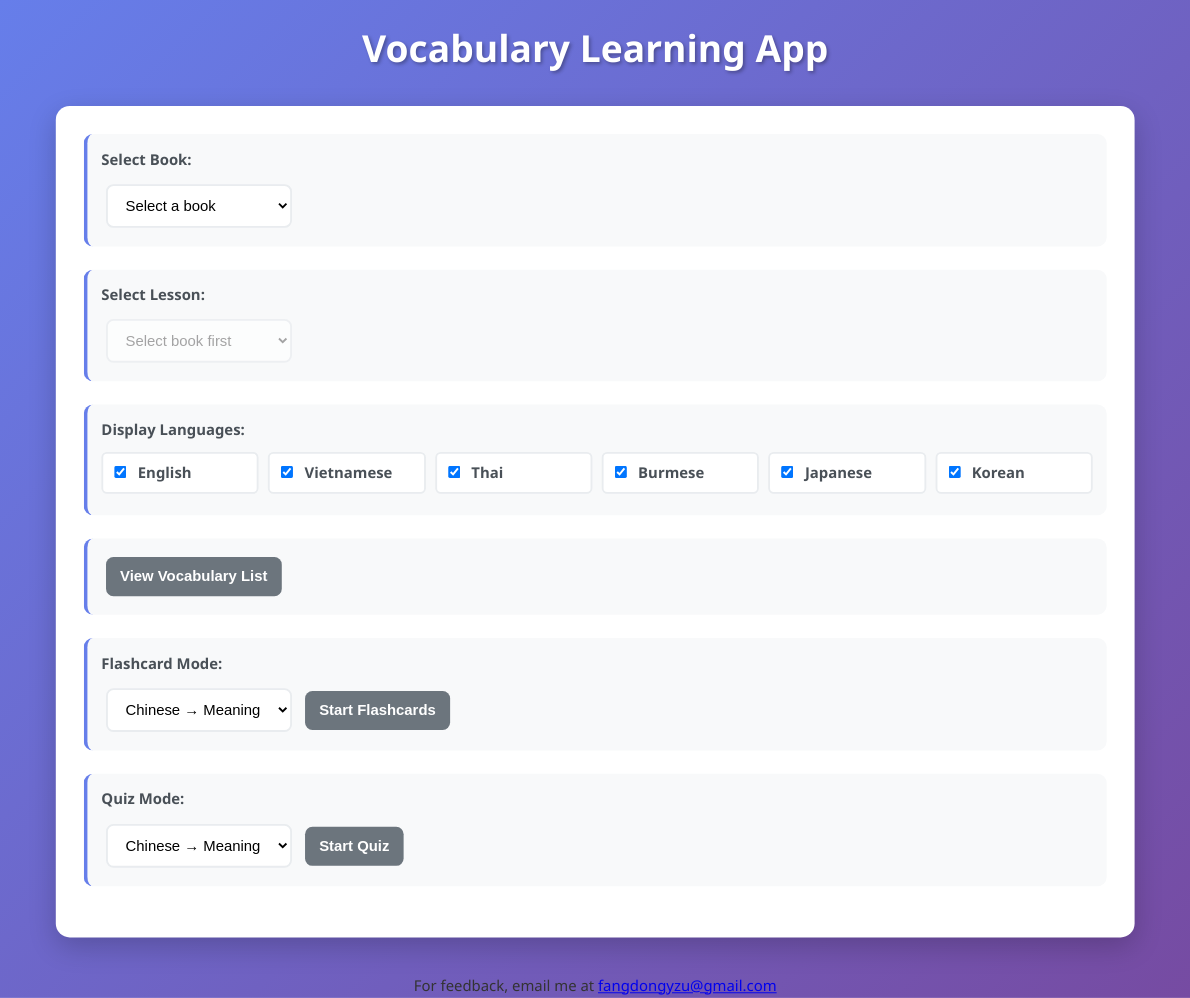
Repository: fangdongyzu/dangdaiflashcards
Page: index.html
An editor plug-in stored every save of this project. The page is shown before and after a run of saves, followed by the edit.
The browser window is 1280 px wide. The pictures show the whole page, at 93% of full size.

Above is the page before, as saved 2025-11-28 09:55:06.

### index.html
<!DOCTYPE html>
<html lang="en">
<head>
    <meta charset="UTF-8">
    <meta name="viewport" content="width=device-width, initial-scale=1.0">
    <title>Vocabulary Learning App</title>
    <link rel="stylesheet" href="style.css">
</head>
<body>
    <div class="container">
        <header>
            <h1>Vocabulary Learning App</h1>
        </header>

        <div id="control-panel">
            <!-- Book and Lesson Selection -->
            <div class="control-group">
                <label for="book-select">Select Book:</label>
                <select id="book-select">
                    <option value="">Select a book</option>
                    <option value="B1">Book 1</option>
                    <option value="B2">Book 2</option>
                    <option value="B3">Book 3</option>
                    <option value="B4">Book 4</option>
                    <option value="B5">Book 5</option>
                    <option value="B6">Book 6</option>
                </select>
            </div>

            <div class="control-group">
                <label for="lesson-select">Select Lesson:</label>
                <select id="lesson-select" disabled>
                    <option value="">Select book first</option>
                </select>
            </div>

            <!-- Language Selection -->
            <div class="control-group">
                <label>Display Languages:</label>
                <div class="language-selection">
                    <label class="checkbox-label">
                        <input type="checkbox" name="language" value="english" checked> English
                    </label>
                    <label class="checkbox-label">
                        <input type="checkbox" name="language" value="vietnamese" checked> Vietnamese
                    </label>
                    <label class="checkbox-label">
                        <input type="checkbox" name="language" value="thai" checked> Thai
                    </label>
                    <label class="checkbox-label">
                        <input type="checkbox" name="language" value="burmese" checked> Burmese
                    </label>
                    <label class="checkbox-label">
                        <input type="checkbox" name="language" value="japanese" checked> Japanese
                    </label>
                    <label class="checkbox-label">
                        <input type="checkbox" name="language" value="korean" checked> Korean
                    </label>
                </div>
            </div>

            <!-- Study Controls -->
            <div class="control-group">
                <button id="view-list-btn" disabled>View Vocabulary List</button>
            </div>

            <div class="control-group">
                <label for="flashcard-mode">Flashcard Mode:</label>
                <select id="flashcard-mode">
                    <option value="chinese-meaning">Chinese → Meaning</option>
                    <option value="meaning-chinese">Meaning → Chinese</option>
                    <option value="pinyin-chinese">Pinyin → Chinese</option>
                </select>
                <button id="start-flashcards-btn" disabled>Start Flashcards</button>
            </div>

            <div class="control-group">
                <label for="quiz-mode">Quiz Mode:</label>
                <select id="quiz-mode">
                    <option value="chinese-meaning">Chinese → Meaning</option>
                    <option value="meaning-chinese">Meaning → Chinese</option>
                    <option value="chinese-pinyin">Chinese → Pinyin</option>
                    <option value="pinyin-chinese">Pinyin → Chinese</option>
                </select>
                <button id="start-quiz-btn" disabled>Start Quiz</button>
            </div>
        </div>

        <!-- Study Area -->
        <div id="study-area" class="hidden">
            <!-- Vocabulary List View -->
            <div id="list-view" class="hidden">
                <div class="study-header">
                    <h2>Vocabulary List - Lesson <span id="current-lesson-display"></span></h2>
                    <button class="exit-btn">← Back to Controls</button>
                </div>
                <div class="table-container">
                    <table id="vocab-table">
                        <thead>
                            <tr>
                                <th>Chinese</th>
                                <th>Pinyin</th>
                                <th>Translations</th>
                            </tr>
                        </thead>
                        <tbody id="vocab-table-body"></tbody>
                    </table>
                </div>
            </div>

            <!-- Flashcard View -->
            <div id="flashcard-view" class="hidden">
                <div class="study-header">
                    <h2>Flashcards - Lesson <span id="fc-lesson-display"></span></h2>
                    <button class="exit-btn">← Back to Controls</button>
                </div>

                <div class="flashcard-container">
                    <div class="progress-bar">
                        <div id="flashcard-progress" class="progress-fill"></div>
                    </div>
                    <div class="progress-text" id="fc-progress">0/0</div>

                    <div id="flashcard" class="flashcard">
                        <div class="card-face card-front">
                            <div id="card-front-content"></div>
                        </div>
                        <div class="card-face card-back">
                            <div id="card-back-content"></div>
                        </div>
                    </div>

                    <div class="flashcard-controls">
                        <button id="prev-btn">Previous</button>
                        <button id="next-btn">Next</button>
                    </div>
                </div>
            </div>

            <!-- Quiz View -->
            <div id="quiz-view" class="hidden">
                <div class="study-header">
                    <h2>Quiz - Lesson <span id="quiz-lesson-display"></span></h2>
                    <button class="exit-btn">← Back to Controls</button>
                </div>

                <div class="quiz-container">
                    <div class="quiz-progress">
                        <div class="progress-bar">
                            <div id="quiz-progress" class="progress-fill"></div>
                        </div>
                    </div>

                    <div class="quiz-stats">
                        <div class="score">Score: <span id="quiz-score">0</span></div>
                    </div>

                    <div class="question-area">
                        <div id="quiz-question" class="question"></div>
                    </div>

                    <div id="quiz-options" class="options-grid"></div>

                    <div id="quiz-feedback" class="feedback"></div>

                    <button id="next-question-btn" class="hidden">Next Question</button>

                    <div id="quiz-result" class="result hidden">
                        <h3>Quiz Complete!</h3>
                        <div id="final-score" class="final-score"></div>
                        <button id="retry-quiz-btn">Try Again</button>
                    </div>
                </div>
            </div>
        </div>
    </div>

    <script src="script.js"></script>
</body>
<footer style="text-align: center;">
    For feedback, email me at <a href="mailto:fangdongyzu@gmail.com">fangdongyzu@gmail.com</a>
</footer>
</html>

### style.css
* {
    margin: 0;
    padding: 0;
    box-sizing: border-box;
}

body {
    font-family: 'Segoe UI', Tahoma, Geneva, Verdana, sans-serif;
    line-height: 1.6;
    color: #333;
    background: linear-gradient(135deg, #667eea 0%, #764ba2 100%);
    min-height: 100vh;
}

.container {
    max-width: 1200px;
    margin: 0 auto;
    padding: 20px;
}

header {
    text-align: center;
    margin-bottom: 30px;
}

header h1 {
    color: white;
    font-size: 2.5rem;
    text-shadow: 2px 2px 4px rgba(0,0,0,0.3);
}

/* Control Panel */
#control-panel {
    background: white;
    border-radius: 15px;
    padding: 30px;
    box-shadow: 0 10px 30px rgba(0,0,0,0.2);
    margin-bottom: 20px;
}

.control-group {
    margin-bottom: 25px;
    padding: 15px;
    background: #f8f9fa;
    border-radius: 10px;
    border-left: 4px solid #667eea;
}

.control-group label {
    display: block;
    margin-bottom: 8px;
    font-weight: 600;
    color: #495057;
}

select, button {
    padding: 12px 15px;
    border: 2px solid #e9ecef;
    border-radius: 8px;
    font-size: 1rem;
    margin: 5px;
    transition: all 0.3s ease;
}

select {
    background: white;
    min-width: 200px;
}

button {
    background: #667eea;
    color: white;
    border: none;
    cursor: pointer;
    font-weight: 600;
}

button:hover:not(:disabled) {
    background: #5a6fd8;
    transform: translateY(-2px);
    box-shadow: 0 5px 15px rgba(0,0,0,0.2);
}

button:disabled {
    background: #6c757d;
    cursor: not-allowed;
    transform: none;
    box-shadow: none;
}

/* Language Selection */
.language-selection {
    display: grid;
    grid-template-columns: repeat(auto-fit, minmax(120px, 1fr));
    gap: 10px;
    margin-top: 10px;
}

.checkbox-label {
    display: flex;
    align-items: center;
    padding: 8px 12px;
    background: white;
    border-radius: 6px;
    border: 2px solid #e9ecef;
    cursor: pointer;
    transition: all 0.3s ease;
}

.checkbox-label:hover {
    border-color: #667eea;
    background: #f8f9ff;
}

.checkbox-label input {
    margin-right: 8px;
}

/* Study Area */
#study-area {
    background: white;
    border-radius: 15px;
    padding: 30px;
    box-shadow: 0 10px 30px rgba(0,0,0,0.2);
}

.study-header {
    display: flex;
    justify-content: space-between;
    align-items: center;
    margin-bottom: 30px;
    padding-bottom: 15px;
    border-bottom: 2px solid #e9ecef;
}

.study-header h2 {
    color: #495057;
    flex: 1;
}

.exit-btn {
    background: #6c757d;
}

.exit-btn:hover {
    background: #5a6268;
}

/* Hidden utility */
.hidden {
    display: none !important;
}

/* Vocabulary List */
.table-container {
    overflow-x: auto;
}

#vocab-table {
    width: 100%;
    border-collapse: collapse;
    background: white;
    border-radius: 10px;
    overflow: hidden;
    box-shadow: 0 5px 15px rgba(0,0,0,0.1);
}

#vocab-table th {
    background: #667eea;
    color: white;
    padding: 15px;
    text-align: left;
    font-weight: 600;
}

#vocab-table td {
    padding: 12px 15px;
    border-bottom: 1px solid #e9ecef;
}

#vocab-table tr:hover {
    background: #f8f9ff;
}

.chinese-cell {
    font-family: 'Microsoft YaHei', 'SimHei', sans-serif;
}

/* Flashcards - UPDATED FOR TOP-DOWN FLIP */
.flashcard-container {
    max-width: 500px;
    margin: 0 auto;
    text-align: center;
}

.progress-bar {
    width: 100%;
    height: 8px;
    background: #e9ecef;
    border-radius: 4px;
    margin-bottom: 10px;
    overflow: hidden;
}

.progress-fill {
    height: 100%;
    background: #28a745;
    transition: width 0.3s ease;
}

.progress-text {
    margin-bottom: 30px;
    color: #6c757d;
    font-weight: 600;
}

.flashcard {
    width: 100%;
    height: 300px;
    perspective: 1000px;
    margin: 0 auto 30px;
    cursor: pointer;
}

.card-face {
    position: absolute;
    width: 100%;
    height: 100%;
    backface-visibility: hidden;
    border-radius: 15px;
    padding: 30px;
    display: flex;
    align-items: center;
    justify-content: center;
    box-shadow: 0 10px 30px rgba(0,0,0,0.1);
    transition: transform 0.6s ease;
}

.card-front {
    background: linear-gradient(135deg, #667eea 0%, #764ba2 100%);
    color: white;
    transform: rotateX(0deg);
}

.card-back {
    background: white;
    color: #333;
    transform: rotateX(180deg);
    border: 3px solid #667eea;
}

/* Changed from rotateY to rotateX for top-down flip */
.flashcard.flipped .card-front {
    transform: rotateX(180deg);
}

.flashcard.flipped .card-back {
    transform: rotateX(0deg);
}

.chinese-text {
    font-size: 3rem;
    font-weight: bold;
    font-family: 'Microsoft YaHei', 'SimHei', sans-serif;
}

.pinyin-text {
    font-size: 2rem;
    color: #666;
    margin-bottom: 20px;
}

.meaning-grid {
    display: grid;
    grid-template-columns: 1fr;
    gap: 10px;
    text-align: left;
    width: 100%;
}

.meaning-item {
    padding: 8px 12px;
    background: #f8f9fa;
    border-radius: 6px;
    border-left: 3px solid #667eea;
}

.meaning-label {
    font-weight: bold;
    color: #667eea;
    margin-right: 8px;
}

.flashcard-controls {
    display: flex;
    justify-content: center;
    gap: 15px;
}

/* Quiz - UPDATED FOR NEXT BUTTON POSITION */
.quiz-container {
    max-width: 800px;
    margin: 0 auto;
    position: relative;
}

.quiz-progress {
    margin-bottom: 20px;
}

.quiz-stats {
    text-align: center;
    margin-bottom: 30px;
}

.score {
    font-size: 1.2rem;
    font-weight: bold;
    color: #667eea;
}

.question {
    font-size: 2rem;
    text-align: center;
    margin-bottom: 30px;
    padding: 30px;
    background: #f8f9fa;
    border-radius: 10px;
    border-left: 4px solid #667eea;
}

.options-grid {
    display: grid;
    grid-template-columns: repeat(auto-fit, minmax(300px, 1fr));
    gap: 15px;
    margin-bottom: 20px;
}

.quiz-option {
    padding: 20px;
    background: white;
    border: 2px solid #e9ecef;
    border-radius: 10px;
    cursor: pointer;
    transition: all 0.3s ease;
    text-align: center;
}

.quiz-option:hover {
    border-color: #667eea;
    transform: translateY(-2px);
    box-shadow: 0 5px 15px rgba(0,0,0,0.1);
}

.quiz-option.correct {
    background: #d4edda;
    border-color: #28a745;
    color: #155724;
}

.quiz-option.incorrect {
    background: #f8d7da;
    border-color: #dc3545;
    color: #721c24;
}

.feedback {
    min-height: 50px;
    margin-bottom: 20px;
}

/* Next Question Button - Positioned to the right */
#next-question-btn {
    display: block;
    margin-left: auto;
    margin-right: 0;
    min-width: 150px;
}

.result {
    text-align: center;
    padding: 40px;
}

.final-score {
    font-size: 3rem;
    font-weight: bold;
    color: #667eea;
    margin: 20px 0;
}

/* Responsive */
@media (max-width: 768px) {
    .container {
        padding: 10px;
    }

    .control-group {
        padding: 10px;
    }

    .language-selection {
        grid-template-columns: 1fr 1fr;
    }

    .chinese-text {
        font-size: 2rem;
    }

    .pinyin-text {
        font-size: 1.5rem;
    }

    .flashcard {
        height: 250px;
    }

    .options-grid {
        grid-template-columns: 1fr;
    }

    .study-header {
        flex-direction: column;
        gap: 15px;
        text-align: center;
    }

    #next-question-btn {
        margin: 0 auto;
        width: 100%;
    }
}

Loaded but not shown: script.js (643 lines, source omitted)

After the next 4 saves:
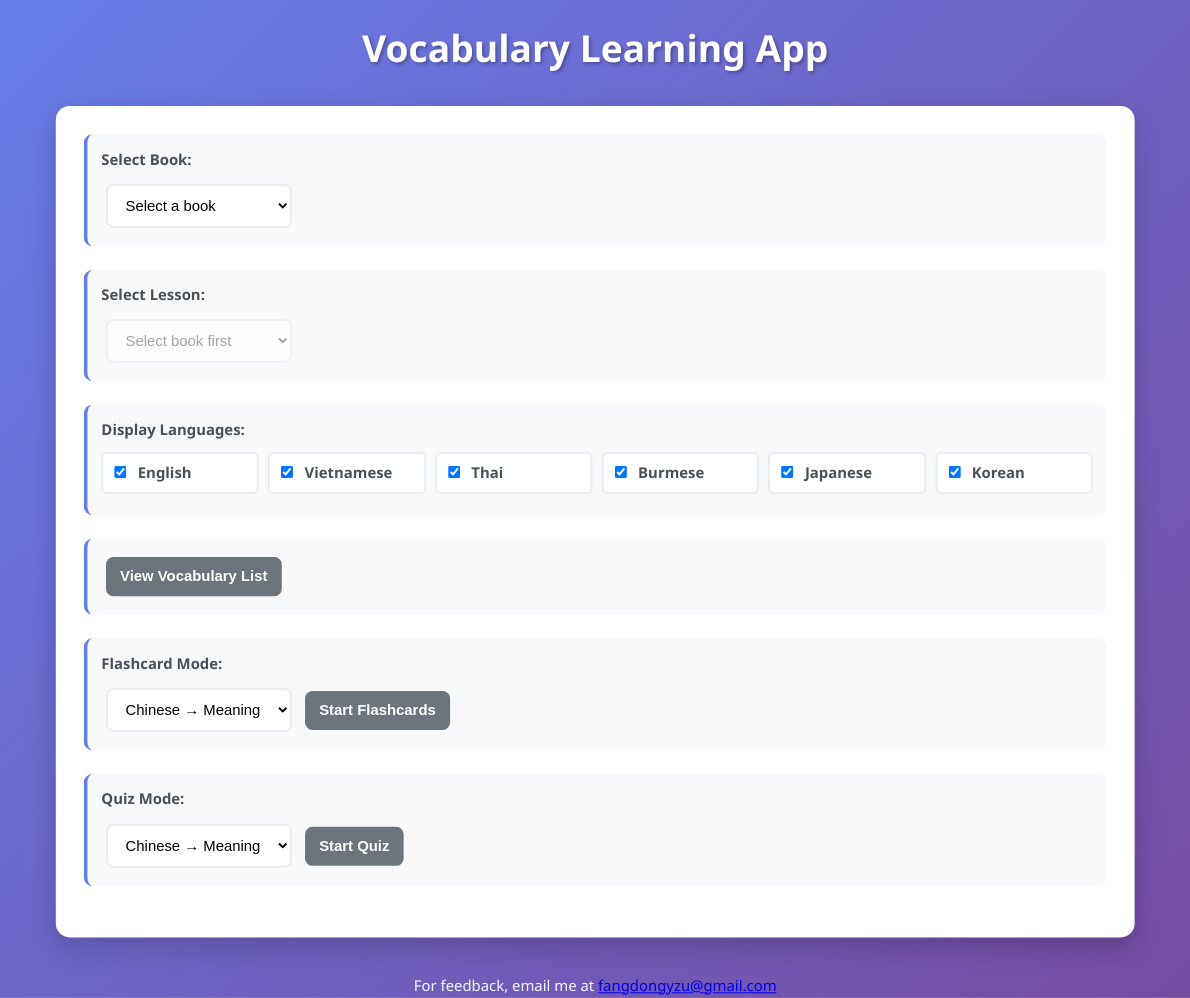
The 4 saves are shown as one change because they came seconds apart.
The last was saved 27 s later.
--- a/index.html
+++ b/index.html
@@ -177,7 +177,7 @@
 
     <script src="script.js"></script>
 </body>
-<footer style="text-align: center;">
+<footer style="text-align: center; color: aliceblue;">
     For feedback, email me at <a href="mailto:fangdongyzu@gmail.com">fangdongyzu@gmail.com</a>
 </footer>
 </html>
